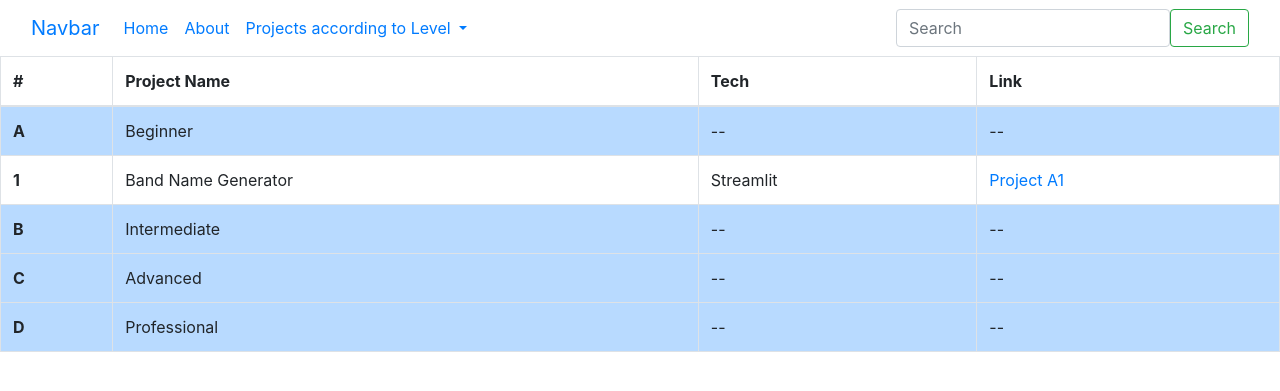
Repository: VictoriousMango/100-Python-Project
Page: index.html
These files come from the project's save history. The page is drawn as it stood at one moment and after the next save; the edit follows.
The browser window is 1280 px wide. The pictures show the whole page.

Above is the page before, as saved 2024-05-18 02:39:52.

After the next save:
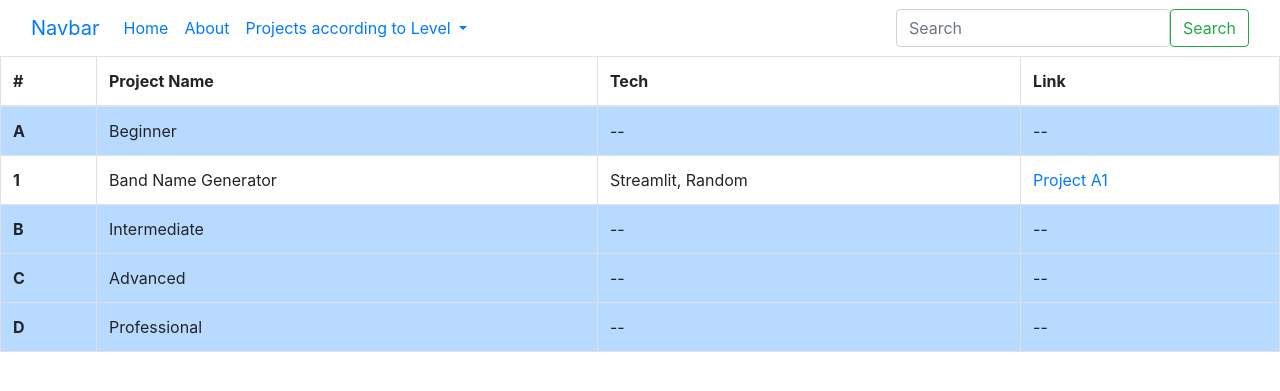
Saved 23 s later.
--- a/index.html
+++ b/index.html
@@ -70,7 +70,7 @@
           <tr>
             <th scope="row">1</th>
             <td>Band Name Generator</td>
-            <td> Streamlit </td>
+            <td> Streamlit, Random </td>
             <td>
               <a href="https://100-python-projectg-rawnndldtq3zp8qrhnm8qe.streamlit.app/Band_Name_Generator">Project A1</a>
             </td>
